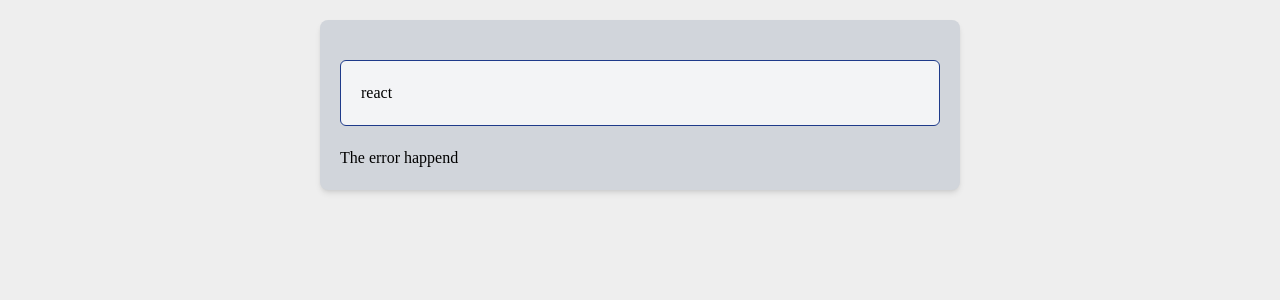
Repository: 16-Doffy/Fe-Khhoahoc
Page: /
The author's editor kept a copy of each file at every save. The page is drawn from the files as they stood at one save, then again after the next save.
The browser window is 1280 px wide. The pictures show the whole page.
The page's requests for data from a server got no answer. The project was rebuilt for these pictures with package versions that can differ from the ones it lists, and the page was loaded fresh each time. No one was signed in, and anything a server would have sent is missing. Also part of the build but not shown: src/App.css.

Above is the page before, as saved 2025-01-14 15:41:45.

### src/index.js
import React from 'react';
import ReactDOM from 'react-dom/client';
import './index.css';
import App from './App';
import reportWebVitals from './reportWebVitals';
import "./index.scss"
const root = ReactDOM.createRoot(document.getElementById('root'));
root.render(
  <React.StrictMode>
    <App />
  </React.StrictMode>
);

// If you want to start measuring performance in your app, pass a function
// to log results (for example: reportWebVitals(console.log))
// or send to an analytics endpoint. Learn more: https://bit.ly/CRA-vitals
reportWebVitals();

### src/App.js

import "./App.css";
import HackerNews from "./components/news/HackerNews";



const App = () => {
  return (

    <HackerNews></HackerNews>
  );
};

export default App;













//<CardList><Card2/>
// const theme = {
//   //wanna change color in the future come here to change
//   colors: {
//     blue: "#2979ff",
//   },
//   orange: "#ffa440",
// };
// {/* <ThemeProvider theme={theme}>
// <CardList>
// <Card2 secondary={true}></Card2>
// <Card2 secondary={false}></Card2>
// <Card2 secondary={true}></Card2>
// <Card2 secondary={false}></Card2>
// <Card2 secondary={true}></Card2>
//  </CardList>
// </ThemeProvider> */}

### src/index.scss
@tailwind base;
@tailwind components;
@tailwind utilities;

@layer base {
    @import url("https://fonts.googleapis.com/css2?family=Poppins:ital,wght@0,100;0,200;0,300;0,400;0,500;0,600;0,700;0,800;0,900;1,100;1,200;1,300;1,400;1,500;1,600;1,700;1,800;1,900&display=swap");
    body{
        font-family: "Poppins", serif;
    }
}

### src/components/news/HackerNews.js
import axios from "axios";
import React, { useState, useEffect, useRef } from "react";
import lodash from "lodash";
// http://hn.algolia.com/api/v1/search?query=react
const HackerNews = () => {
  const [hits, setHits] = useState([]);
  const [query, setQuery] = useState("react");
  const [loading, setLoading] = useState(true);
  const [error, setError] = useState("");
  const handleFetchResponse = useRef({});
  handleFetchResponse.curent = async () => {
    setLoading(true);
    try {
      const response = await axios.get(
        `http://hn.algolia.com/api/v1/search?query=${query}`
      );
      setHits(response.data?.hits || []);
      setLoading(false);
    } catch {
      // console.log(response);
      setLoading(false);
      setError(`The error happend ${error}`);
    }
  };
  const handleUpdateQuery = lodash.debounce((e) => {
    setQuery(e.target.value);
  }, 100);
  useEffect(() => {
    handleFetchResponse.curent();
  }, [query]);
  return (
    <div className="bg-gray-300 mx-auto mt-5 p-5 rounded-lg shadow-md w-2/4">
      <input
        type="text"
        className="bg-gray-100
          border border-blue-900
          text-black p-5 mb-5 mt-5 block w-full
           rounded-md focus:border-blue-400"
        placeholder="Enter your keyword..."
        defaultValue={query}
        onChange={handleUpdateQuery}
      />
      {loading && (
        <div
          className=" loading w-8 h-8  rounded-full  border-blue-300 border-4
    border-r-4 border-r-transparent animate-spin mx-auto"
        ></div>
      )}
      {!loading && error && <p>{error}</p>}
      <div class="fle flex-wrap gap-5">
        {!loading &&
          hits.length > 0 &&
          hits.map((item, index) => (
            <h3
              className="
             p-3 bg-gray-100 rounded-sm"
              key={item.title}
            >
              {item.title}
            </h3>
          ))}
      </div>
    </div>
  );
};

export default HackerNews;

### tailwind.config.js
/** @type {import('tailwindcss').Config} */
module.exports = {
  mode: "jit",
  content: ["./src/**/*.{html,js}"],
  theme: {
    extend: {
      backgroundImage: {
        'radiant': `linear-gradient(0.25turn, #3f87a6, #ebf8e1, #f69d3c)`,
        'footer-texture': "url('/img/footer-texture.png')", // Sửa ở đây
        'secondary-radiant': `linear-gradient(#e66465, #9198e5)`,
      },
    },
  },
  plugins: [],
}

Loaded but not shown: public/index.html (common file); src/index.css (common file); src/reportWebVitals.js (common file)

After the next save:
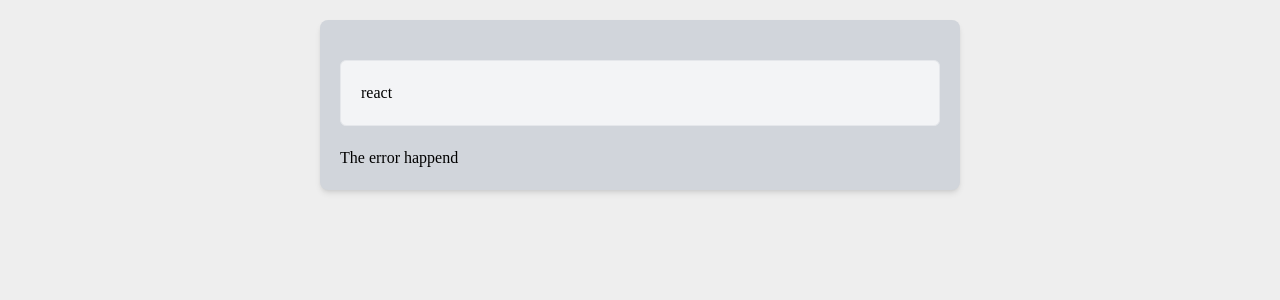
Saved 21 s later.
--- a/src/components/news/HackerNews.js
+++ b/src/components/news/HackerNews.js
@@ -33,7 +33,7 @@ const HackerNews = () => {
       <input
         type="text"
         className="bg-gray-100
-          border border-blue-900
+          border border-blue-1000
           text-black p-5 mb-5 mt-5 block w-full
            rounded-md focus:border-blue-400"
         placeholder="Enter your keyword..."
